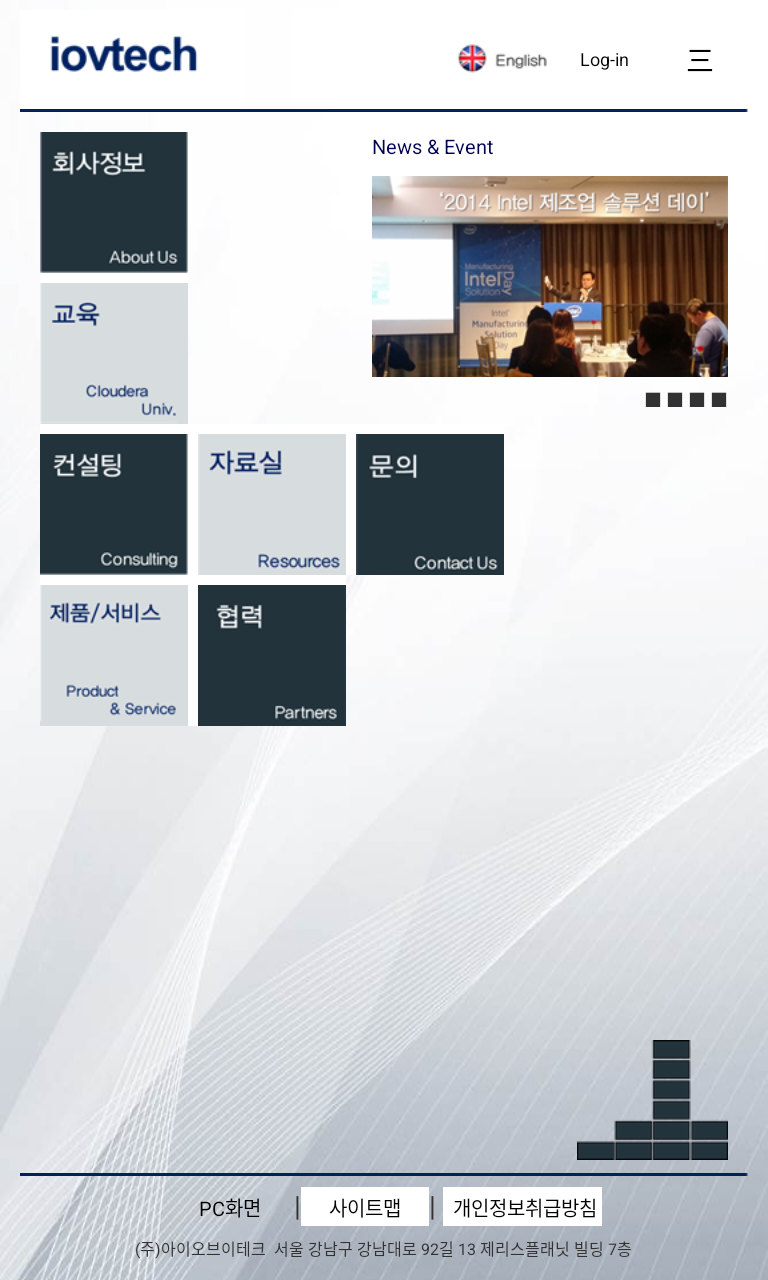
Repository: hyekkyung/CDH_Tutorials
Layout: Mobile_IOV/res/layout/m_main_kor.xml
An editor plug-in stored every save of this project. The layout is shown before and after the next save, followed by the edit.
It is drawn on a 768 x 1280 px phone screen (xhdpi) without system bars, with theme AppTheme; the app's code is not run.

Above is the layout before, as saved 2015-02-02 08:09:31.

After the next save:
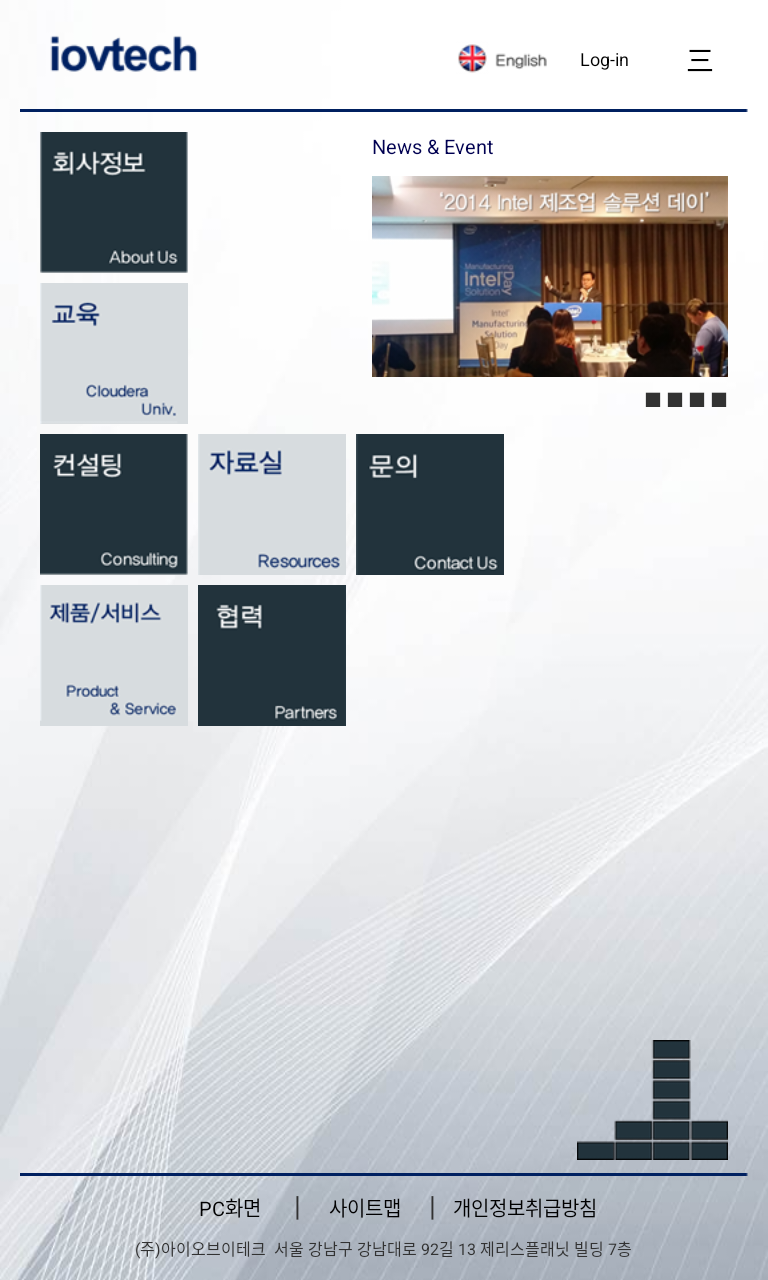
Saved 90 s later.
--- a/Mobile_IOV/res/layout/m_main_kor.xml
+++ b/Mobile_IOV/res/layout/m_main_kor.xml
@@ -21,7 +21,7 @@
             style="?android:attr/buttonStyleSmall"
             android:layout_width="wrap_content"
             android:layout_height="wrap_content"
-            android:background="#FFFFFF"
+            android:background="#0000000"
             android:src="@drawable/logo_03" />
 
         <ImageButton
@@ -29,7 +29,7 @@
             style="?android:attr/buttonStyleSmall"
             android:layout_width="wrap_content"
             android:layout_height="wrap_content"
-            android:background="#FFFFFF"
+            android:background="#0000000"
             android:layout_weight="0.5"
             android:layout_marginLeft="25sp"
             android:onClick="mOnclick" />
@@ -48,7 +48,7 @@
             style="?android:attr/buttonStyleSmall"
             android:layout_width="wrap_content"
             android:layout_height="wrap_content"
-            android:background="#FFFFFF"
+            android:background="#0000000"
             android:text="Log-in"
             android:textSize="9sp"
             android:layout_gravity="center" />
@@ -58,7 +58,7 @@
             style="?android:attr/buttonStyleSmall"
             android:layout_width="wrap_content"
             android:layout_height="wrap_content"
-            android:background="#FFFFFF"
+            android:background="#0000000"
             android:text="三"
             android:layout_gravity="center" />
 
@@ -107,7 +107,7 @@
             android:id="@+id/sitemap_btn"
             android:layout_width="wrap_content"
             android:layout_height="20sp"
-            android:background="#FFFFFF"
+            android:background="#0000000"
             android:text=" 사이트맵 "
             android:textSize="10sp" />
 
@@ -121,7 +121,7 @@
             android:id="@+id/personal_btn"
             android:layout_width="wrap_content"
             android:layout_height="20sp"
-            android:background="#FFFFFF"
+            android:background="#0000000"
             android:text="  개인정보취급방침 "
             android:textSize="10sp" />
     </LinearLayout>
@@ -175,7 +175,7 @@
             android:layout_height="wrap_content"
             android:layout_alignParentLeft="true"
             android:layout_alignTop="@+id/textView2"
-            android:background="#FFFFFF"
+            android:background="#0000000"
             android:src="@drawable/icon_info" />
 
         <ImageButton
@@ -185,7 +185,7 @@
             android:layout_alignParentLeft="true"
             android:layout_below="@+id/info_btn"
             android:src="@drawable/icon_edu"
-            android:background="#FFFFFF"
+            android:background="#0000000"
             android:paddingTop="5sp" />
 
         <ImageButton
@@ -195,7 +195,7 @@
             android:layout_alignParentLeft="true"
             android:layout_below="@+id/edu_btn"
             android:src="@drawable/icon_consult"
-            android:background="#FFFFFF"
+            android:background="#0000000"
             android:paddingTop="5sp" />
 
         <ImageButton
@@ -205,7 +205,7 @@
             android:layout_alignParentLeft="true"
             android:layout_below="@+id/consult_btn"
             android:src="@drawable/icon_product"
-            android:background="#FFFFFF"
+            android:background="#0000000"
             android:paddingTop="5sp" />
 
         <ImageButton
@@ -215,7 +215,7 @@
             android:layout_alignTop="@+id/consult_btn"
             android:layout_toRightOf="@+id/consult_btn"
             android:src="@drawable/icon_resource"
-            android:background="#FFFFFF"
+            android:background="#0000000"
             android:paddingTop="5sp"
             android:paddingLeft="5sp" />
 
@@ -226,7 +226,7 @@
             android:layout_alignLeft="@+id/ref_btn"
             android:layout_alignTop="@+id/product_btn"
             android:src="@drawable/icon_partner"
-            android:background="#FFFFFF"
+            android:background="#0000000"
             android:paddingTop="5sp"
             android:paddingLeft="5sp" />
 
@@ -237,7 +237,7 @@
             android:layout_alignTop="@+id/ref_btn"
             android:layout_toRightOf="@+id/ref_btn"
             android:src="@drawable/icon_contact"
-            android:background="#FFFFFF"
+            android:background="#0000000"
             android:paddingTop="5sp"
             android:paddingLeft="5sp" />
 
